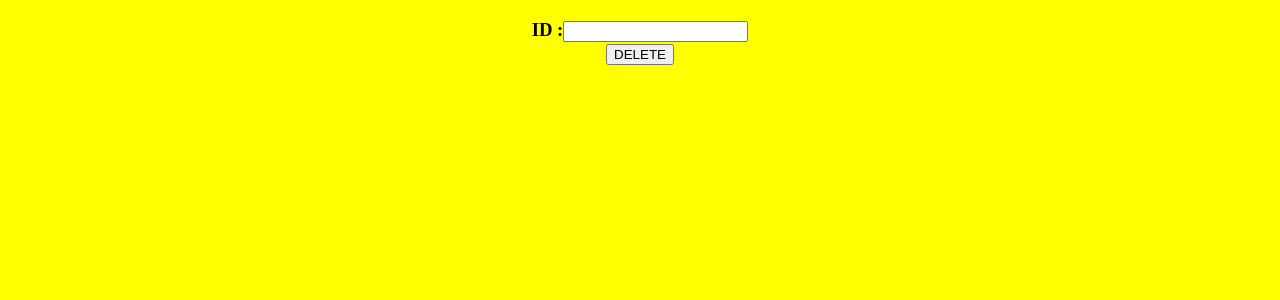
Repository: Thaneshwara848/E-Y
Page: Jdbc-Servlet-Jsp/Webemo5/src/main/webapp/MainEmp.html
An editor plug-in stored every save of this project. The page is shown before and after a run of saves, followed by the edit.
The browser window is 1280 px wide. The pictures show the whole page.

Above is the page before, as saved 2023-05-22 05:01:55.

After the next 2 saves:
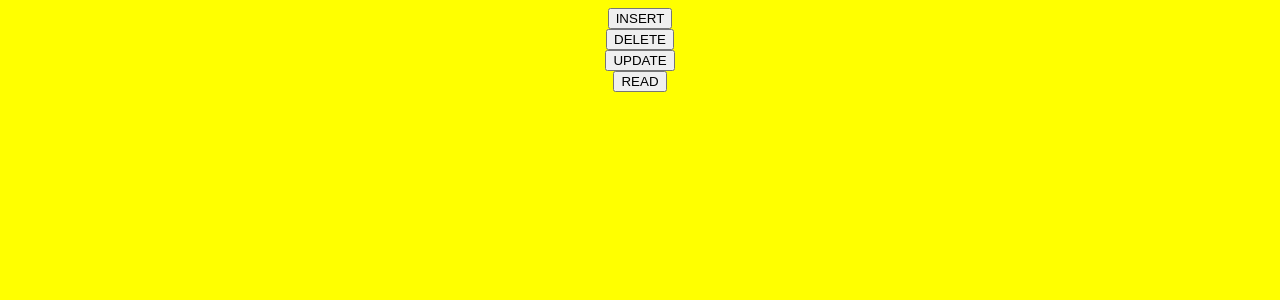
The 2 saves are shown as one change because they came seconds apart.
The last was saved 35 s later.
--- a/Jdbc-Servlet-Jsp/Webemo5/src/main/webapp/MainEmp.html
+++ b/Jdbc-Servlet-Jsp/Webemo5/src/main/webapp/MainEmp.html
@@ -7,17 +7,27 @@
 <body bgcolor="yellow">
 <div style="text-align: center;">
 
+
 	<form action="deleterecord">
-
-		<h3>
-			ID 	:<input type="text"  name="uid"><br>
+			<input type="submit" value="INSERT"><br>
+	</form>
 
 
+
+	<form action="deleterecord">
 			<input type="submit" value="DELETE"><br>
+	</form>
 
 
-		</h3>
 
+	<form action="deleterecord">
+			<input type="submit" value="UPDATE"><br>
+	</form>
+
+
+
+	<form action="deleterecord">
+			<input type="submit" value="READ"><br>
 	</form>
 </div>
 
